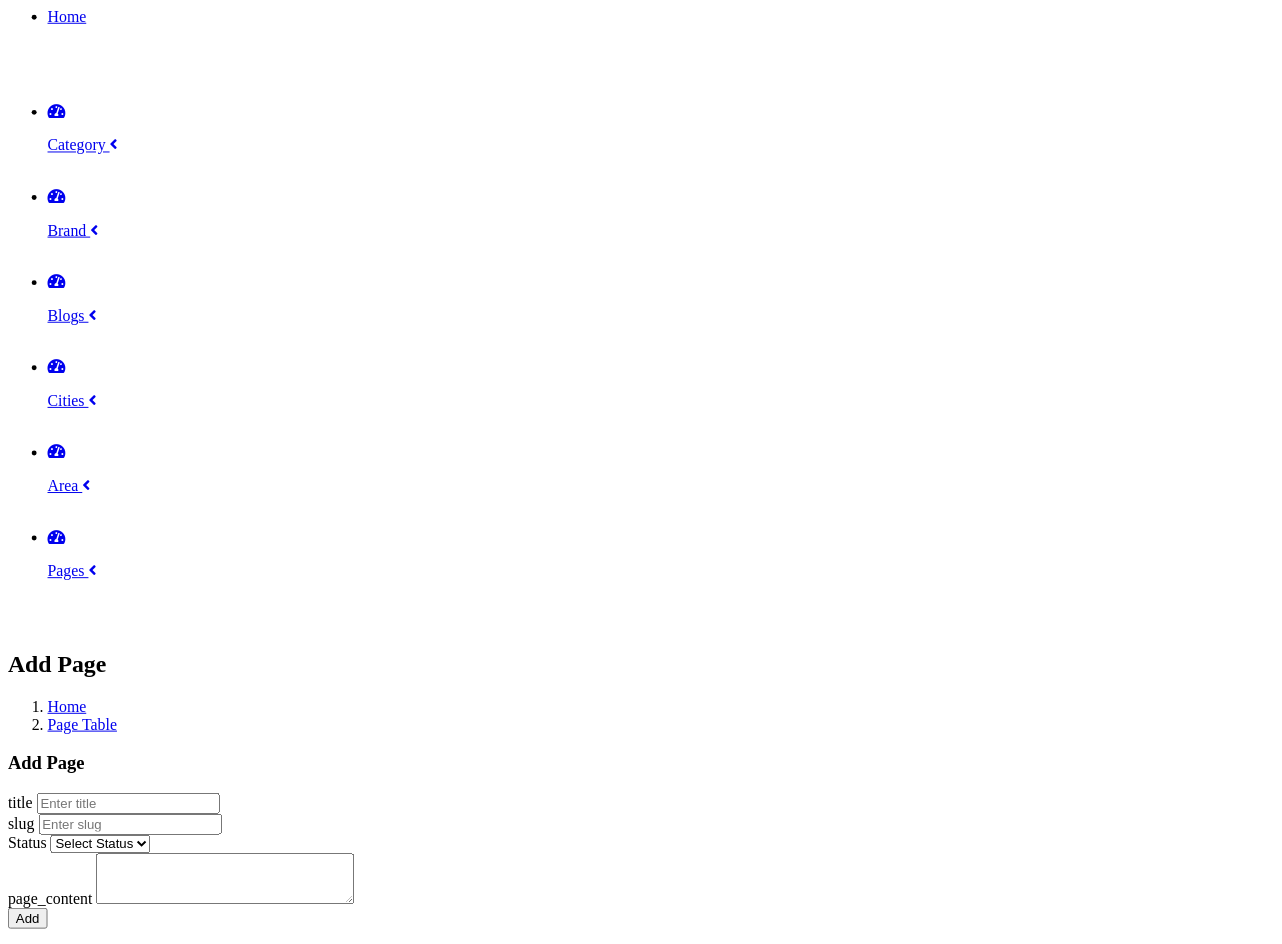
Repository: samiraelshon123/LP_Project
Page: http://localhost/admin/Page/create
An editor plug-in stored every save of this project. The page is shown before and after the next save, followed by the edit.
The browser window is 1280 px wide. The page is 1280 px wide, then 1295 px, so the pictures cover 1295 px, including what lies to the right of the window. The pictures show the whole page, at 99% of full size.
Some web fonts or font styles are not loaded; a fallback is used. The page is served by the project's Laravel application, run on PHP 8.4 with Laravel 9. A made-up administrator, Test User (test@example.com), is signed in.

Above is the page before, as saved 2023-05-29 23:10:37.

After the next save:
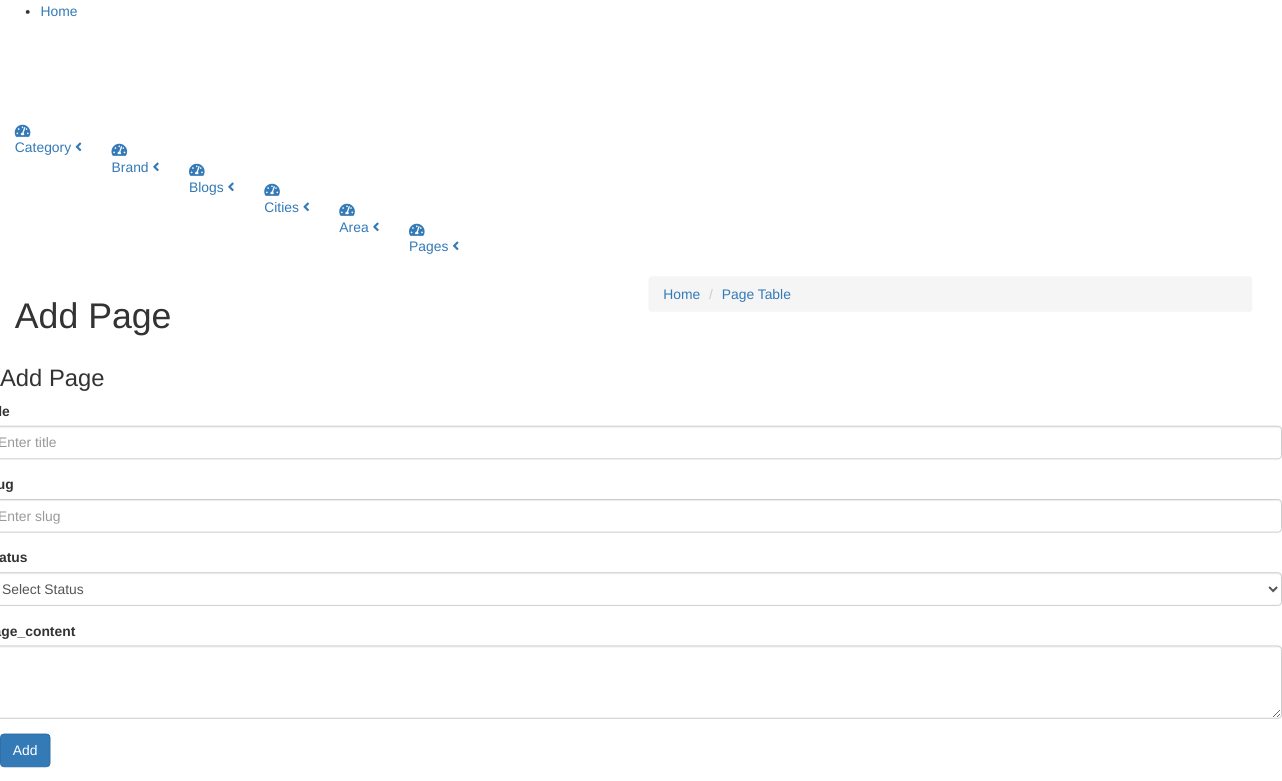
Saved 5 s later.
--- a/resources/views/admin/pages/create.blade.php
+++ b/resources/views/admin/pages/create.blade.php
@@ -1,6 +1,8 @@
 @extends('layouts.admin')
 @section('content')
-
+<link href="https://stackpath.bootstrapcdn.com/bootstrap/3.4.1/css/bootstrap.min.css" rel="stylesheet">
+<script src="https://code.jquery.com/jquery-3.5.1.min.js"></script>
+<script src="https://stackpath.bootstrapcdn.com/bootstrap/3.4.1/js/bootstrap.min.js"></script>
   <div class="content-wrapper" style="margin-left: 0px;">
     <section class="content-header">
       <div class="container-fluid">
